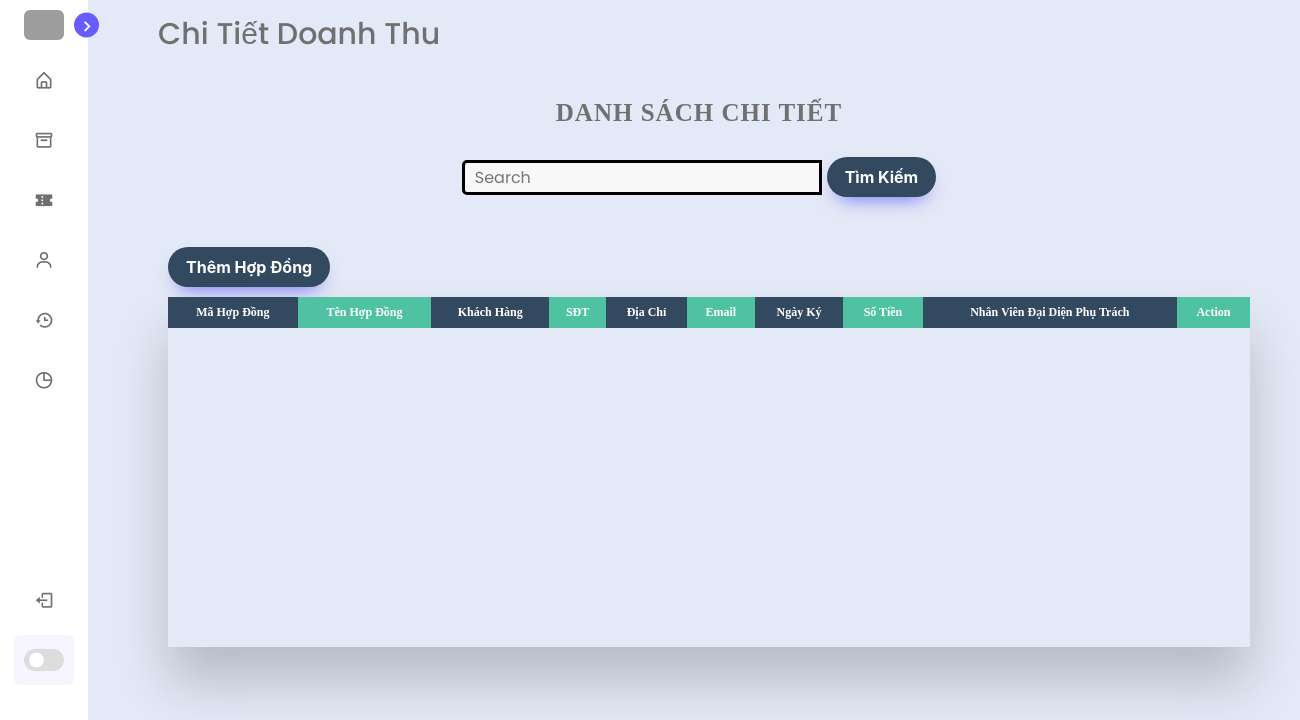
Repository: JeffDaveHudson/CapstoneProject
Page: http://localhost/CapstoneProject/revenuedetailbyquarter4
These files come from the project's save history. The page is drawn as it stood at one moment and after the next save; the edit follows.
The browser window is 1280 px wide. The page is 1300 px wide, so the pictures cover 1300 px, including what lies to the right of the window. The pictures show the whole page.
Pictures or frames that could not be fetched are drawn as grey boxes. The page is served by Tomcat 9. Queries for data that is not in the repository find no rows.

Above is the page before, as saved 2023-06-14 10:30:58.

After the next save:
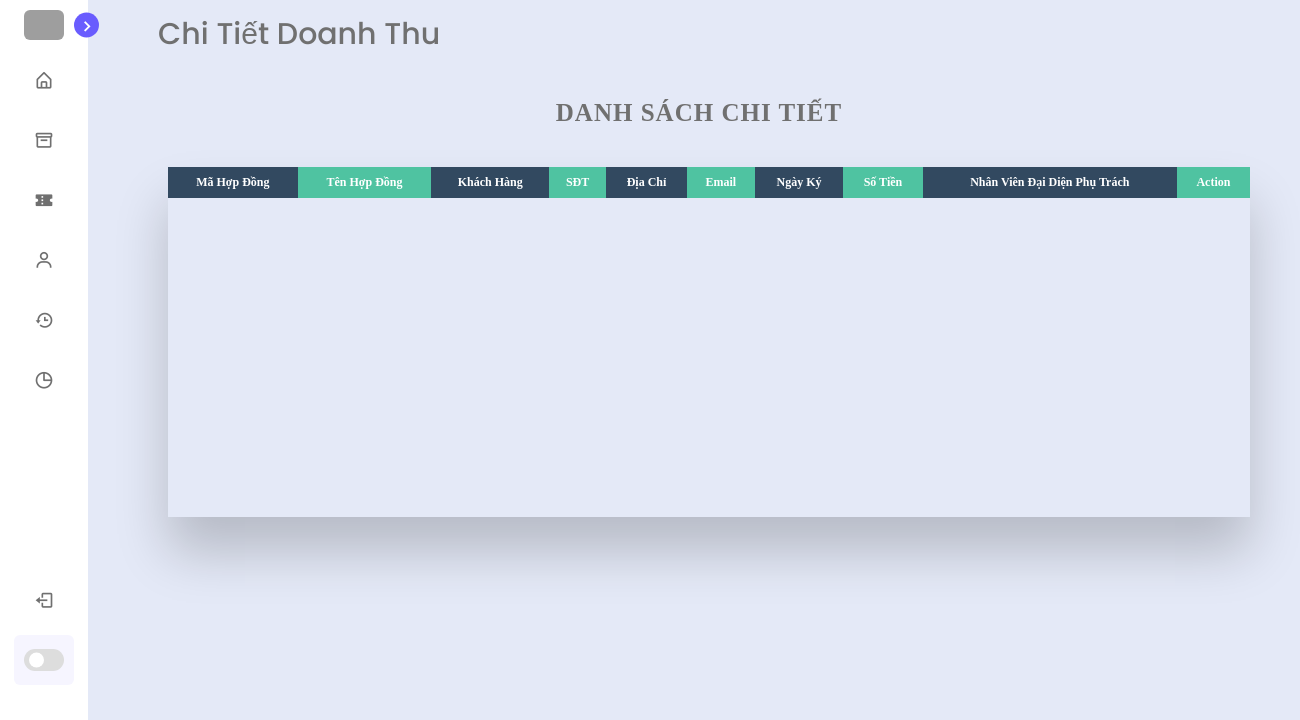
Saved 2 min 37 s later.
--- a/CapstoneProject/src/main/webapp/admin/RevenueDetail.jsp
+++ b/CapstoneProject/src/main/webapp/admin/RevenueDetail.jsp
@@ -45,7 +45,7 @@
 		<div class="text">Chi Tiết Doanh Thu</div>
 		<h2 class="banner ">Danh Sách Chi Tiết</h2>
 
-		<form class="searchform" action="contractsearch" method="post">
+		<%-- <form class="searchform" action="contractsearch" method="post">
 			<div class="searchbar">
 				<input type="search" name="searchString" placeholder='Search'>
 			</div>
@@ -56,7 +56,7 @@
 		<br> <br> <a href="contractcreateform">
 			<button style="margin-left: 70px" class="button-search">Thêm
 				Hợp Đồng</button>
-		</a>
+		</a> --%>
 		<div class="table-wrapper"
 			style="position: relative; width: 90%; z-index: 1; overflow: auto; height: 350px;">
 			<table class="fl-table"
